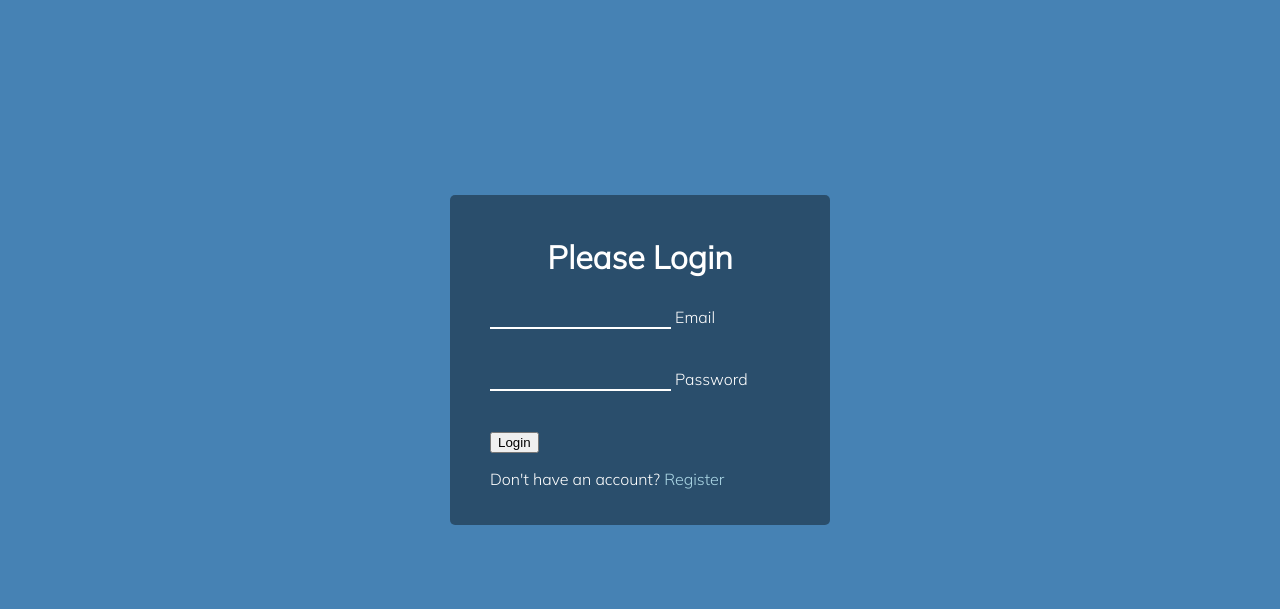
Repository: Berkan71/js-example-little-projects
Page: form-input-wave/index.html
These files come from the project's save history. The page is drawn as it stood at one moment and after the next save; the edit follows.
The browser window is 1280 px wide. The pictures show the whole page.

Above is the page before, as saved 2022-07-27 21:26:25.

After the next save:
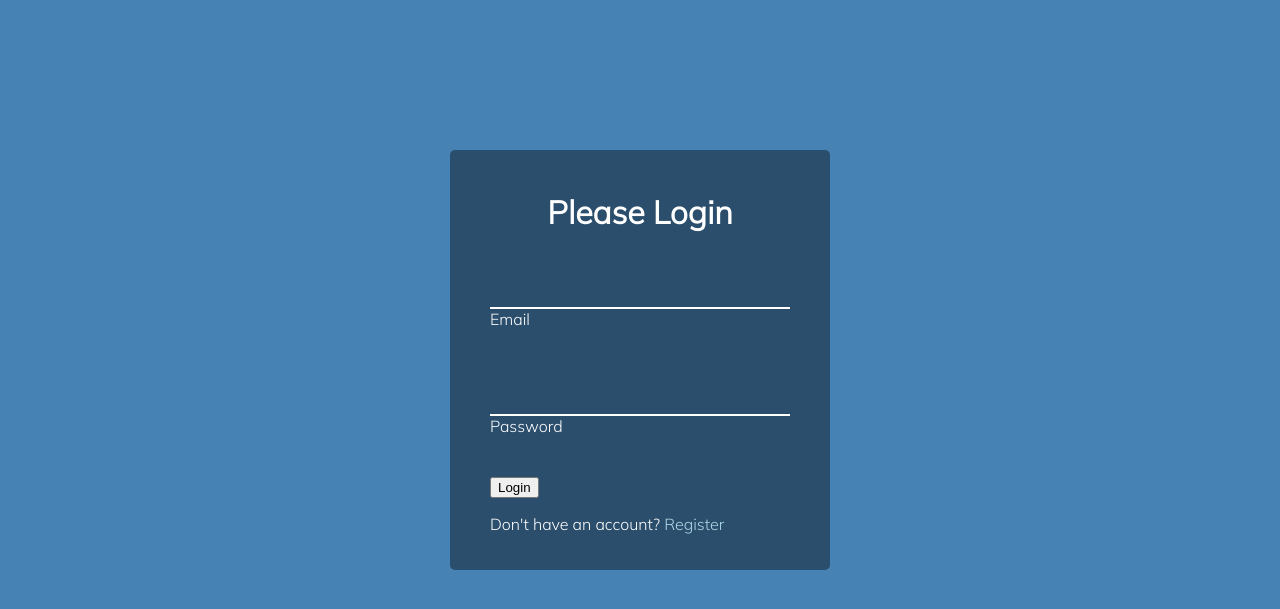
Saved 39 s later.
--- a/form-input-wave/style.css
+++ b/form-input-wave/style.css
@@ -43,4 +43,7 @@ body {
     background-color: transparent;
     border: 0;
     border-bottom:  2px #fff solid;
+    display: block;
+    width: 100%;
+    padding: 15px 0;
 }
